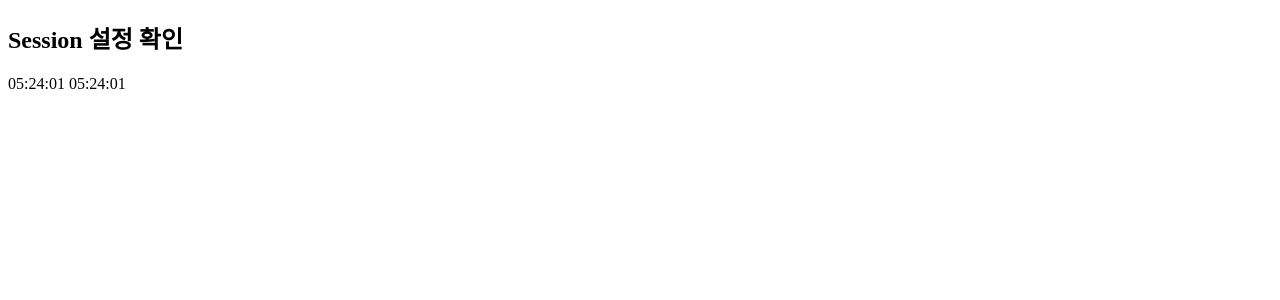
Repository: AHJ2616/Java
Page: http://localhost/board-jsp/06Session/session_main.jsp
These files come from the project's save history. The page is drawn as it stood at one moment and after the next save; the edit follows.
The browser window is 1280 px wide. The pictures show the whole page.
The page is served by Tomcat 9.

Above is the page before, as saved 2024-07-25 03:57:33.

After the next save:
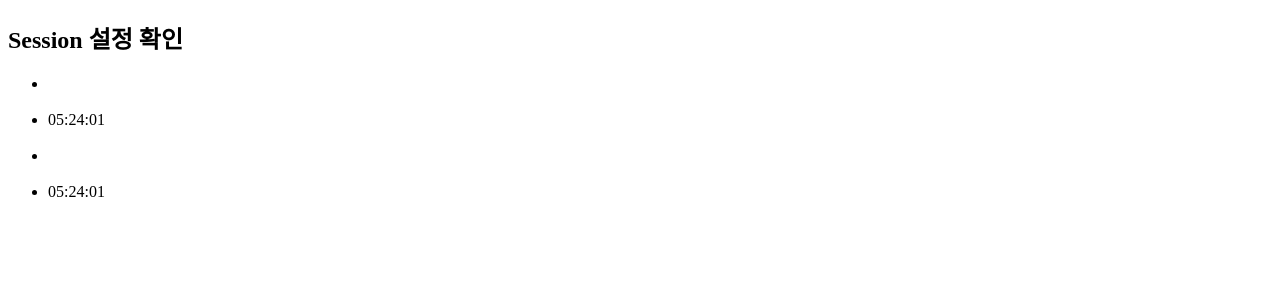
Saved 71 s later.
--- a/jsp_workspace/board-jsp/src/main/webapp/06Session/session_main.jsp
+++ b/jsp_workspace/board-jsp/src/main/webapp/06Session/session_main.jsp
@@ -20,7 +20,13 @@
 
 
 	%>
-	<%=creation_time_String %>
-	<%=last_time_String %>
+	<ul>
+	<li></li><br>
+	<li><%=creation_time_String %></li><br>
+	<li></li><br>
+	<li><%=last_time_String %></li>
+	</ul>
+
+
 </body>
 </html>
